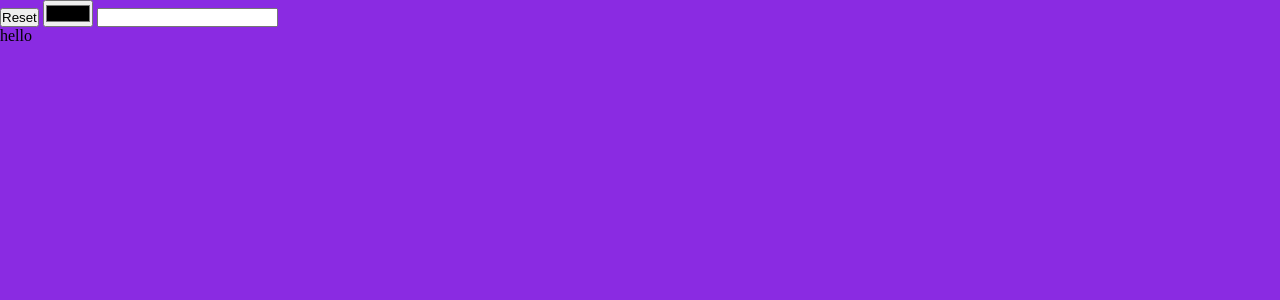
Repository: Larrowo/Challenges
Page: Pixel-Art/index.html
These files come from the project's save history. The page is drawn as it stood at one moment and after the next save; the edit follows.
The browser window is 1280 px wide. The pictures show the whole page.

Above is the page before, as saved 2022-04-20 12:07:34.

### Pixel-Art/index.html
<!DOCTYPE html>
<html lang="en">
<head>
    <meta charset="UTF-8">
    <meta http-equiv="X-UA-Compatible" content="IE=edge">
    <meta name="viewport" content="width=device-width, initial-scale=1.0">
    <title>Document</title>
    <link rel="stylesheet" href="style.css">
    <script src="/Pixel-Art/main.js" defer></script>
</head>
<body>
    <div class="navbar">
        <button class="btn">Reset</button>
        <input type="color" class="color">
        <input type="number" class="size">
    </div>
    <div class="container">
        hello
    </div>
</body>
</html>

### Pixel-Art/style.css
*{
    margin: 0;
    padding: 0;
}

body{
    background-color: blueviolet;
}

Loaded but not shown: Pixel-Art/main.js (no stored copy; drawn as an empty file)

After the next save:
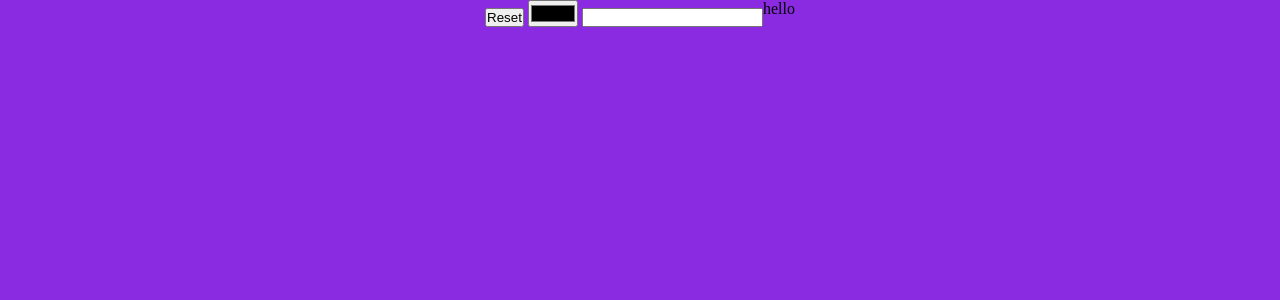
Saved 98 s later.
--- a/Pixel-Art/style.css
+++ b/Pixel-Art/style.css
@@ -5,4 +5,7 @@
 
 body{
     background-color: blueviolet;
+    display: flex;
+    justify-content: center
+
 }
